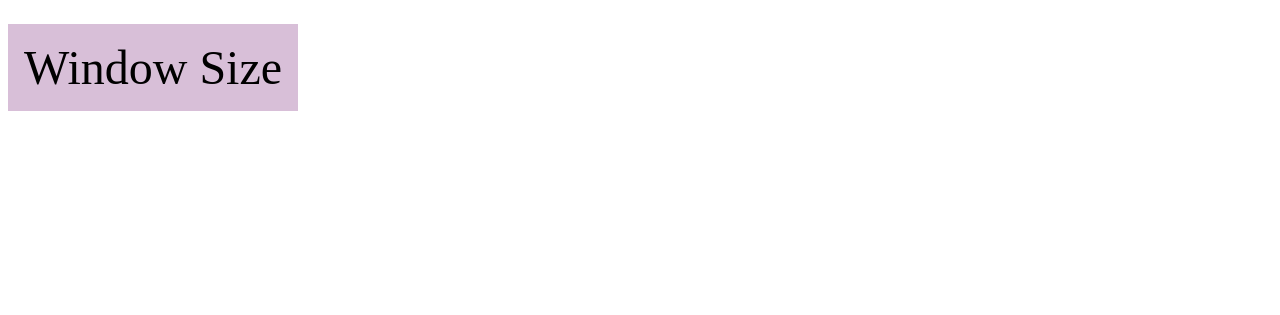
Repository: woojinShim/Browser-Study
Page: window_size.html
These files come from the project's save history. The page is drawn as it stood at one moment and after the next save; the edit follows.
The browser window is 1280 px wide. The pictures show the whole page.

Above is the page before, as saved 2022-02-02 12:17:09.

### window_size.html
<!DOCTYPE html>
<html lang="en">
<head>
    <meta charset="UTF-8">
    <meta http-equiv="X-UA-Compatible" content="IE=edge">
    <meta name="viewport" content="width=device-width, initial-scale=1.0">
    <title>Window Size</title>
    <style>
        .tag {
            display: inline-block;
            background: thistle;
            padding: 16px;
            margin-top: 16px;
            font-size:48px;
        }
    </style>
</head>
<body>
    <div class="tag">Window Size</div>
    <script>
        const tag = document.querySelector('.tag');
        window.addEventListener('resize', () => {
            tag.innerHTML = `
            window.screen: ${window.screen.width}, ${window.screen.height} <br />
            window.outer: ${window.outerWidth}, ${window.outerHeight} <br />
            window.inner: ${window.innerWidth}, ${window.innerHeight} <br />
            documentElement.clientWidth: ${document.documentElement.clientWidth}, ${document.documentElement.clientHeight} <br />
            `;
        })
    </script>
</body>
</html>

After the next save:
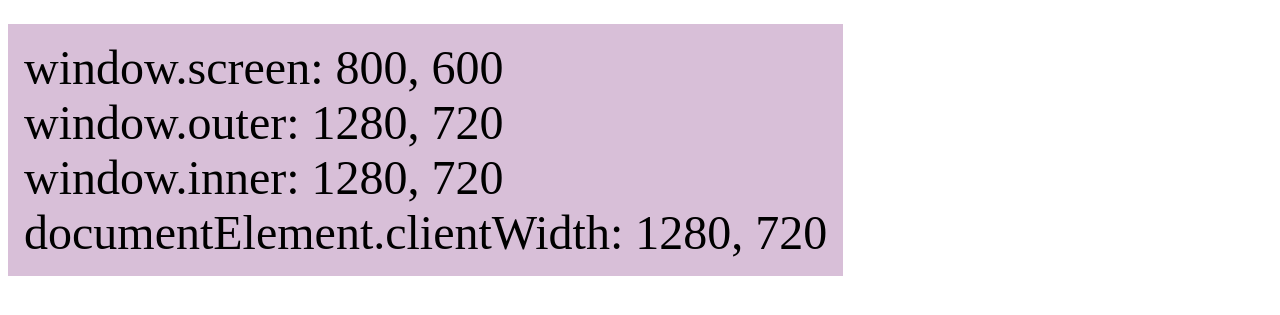
Saved 2 min 56 s later.
--- a/window_size.html
+++ b/window_size.html
@@ -19,14 +19,18 @@
     <div class="tag">Window Size</div>
     <script>
         const tag = document.querySelector('.tag');
-        window.addEventListener('resize', () => {
+        function updateTag() {
             tag.innerHTML = `
             window.screen: ${window.screen.width}, ${window.screen.height} <br />
             window.outer: ${window.outerWidth}, ${window.outerHeight} <br />
             window.inner: ${window.innerWidth}, ${window.innerHeight} <br />
             documentElement.clientWidth: ${document.documentElement.clientWidth}, ${document.documentElement.clientHeight} <br />
             `;
+        }
+        window.addEventListener('resize', () => {
+            updateTag();
         })
+        updateTag();
     </script>
 </body>
 </html>
